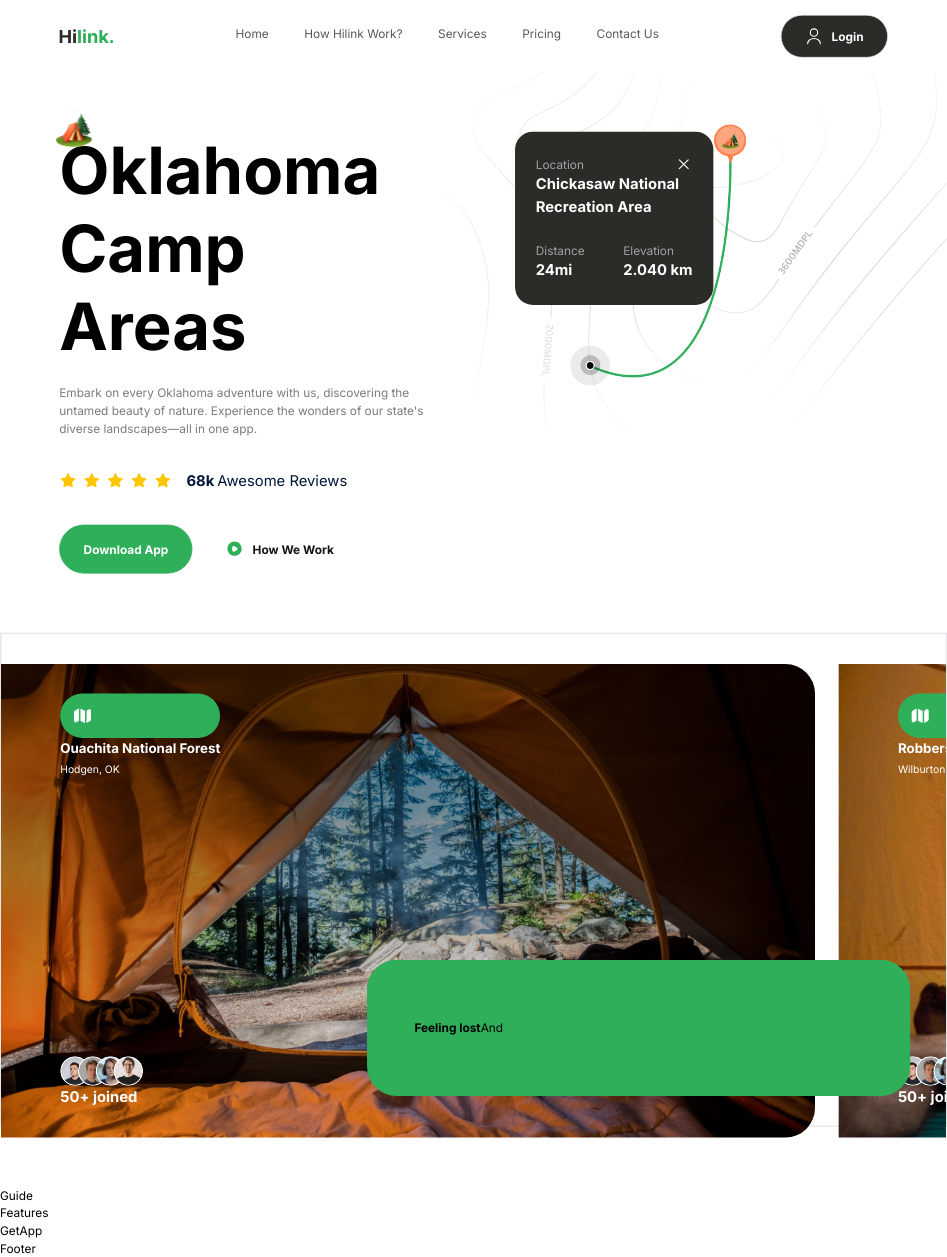
Repository: MikeeBuilds/camp
Page: /
These files come from the project's save history. The page is drawn as it stood at one moment and after a run of saves; the edit follows.
The browser window is 1280 px wide. The pictures show the whole page, at 74% of full size.
The project was rebuilt for these pictures with package versions that can differ from the ones it lists, and the page was loaded fresh each time. The framework's server and built-in components were replaced by stand-ins that run in the browser. Also part of the build but not shown: next.config.js.

Above is the page before, as saved 2023-11-24 22:22:28.

After the next 2 saves:
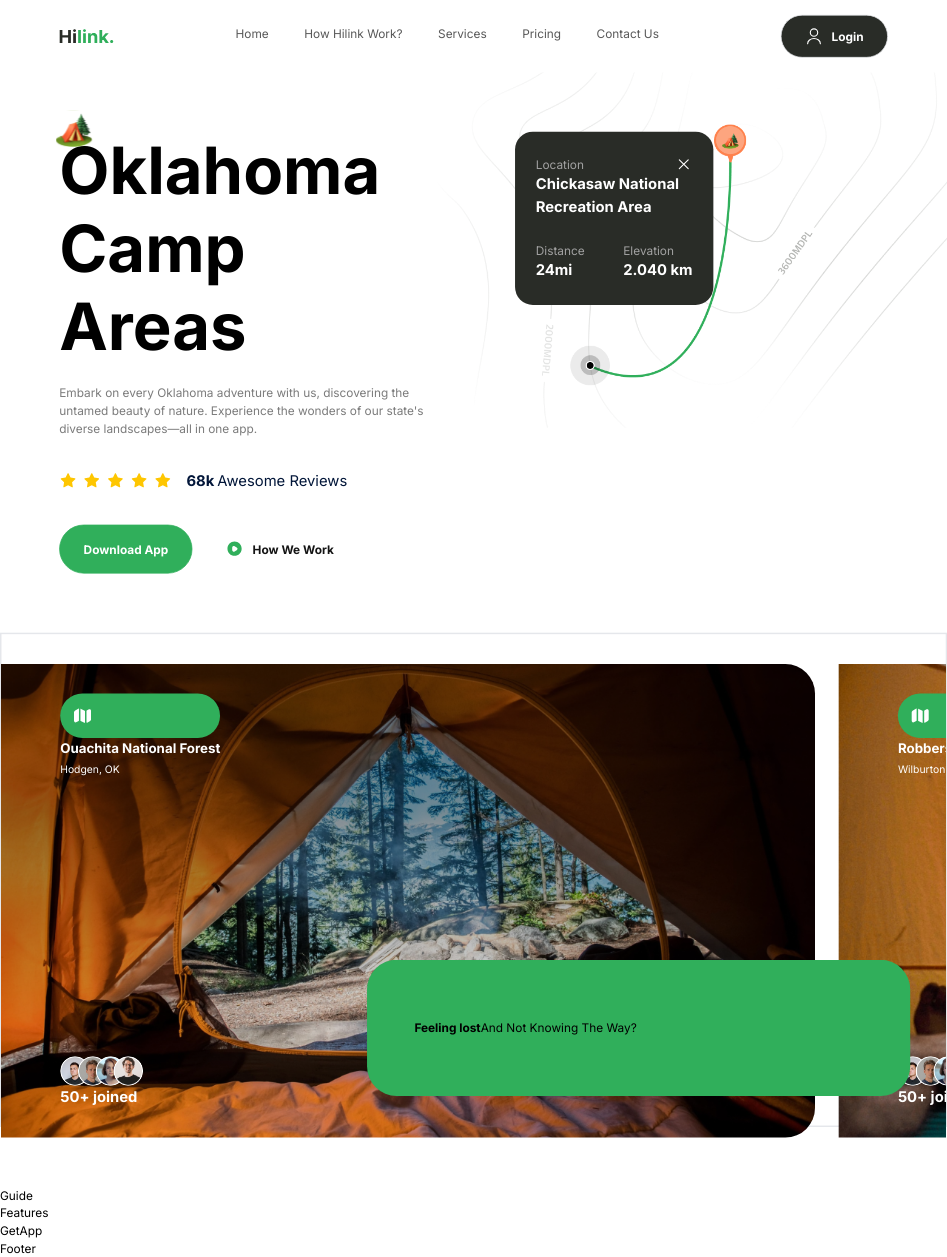
The 2 saves are shown as one change because they came seconds apart.
The last was saved 12 s later.
--- a/components/Camp.tsx
+++ b/components/Camp.tsx
@@ -76,7 +76,7 @@
         <div className="bg-green-50 p-8 lg:max-w-[500px] xl:max-w-[734px] xl:rounded-5xl xl:px-16 xl:py-20 relative w-full overflow-hidden rounded-3xl">
           <h2>
             <strong>Feeling lost</strong>
-            And
+            And Not Knowing The Way?
           </h2>
         </div>
       </div>
